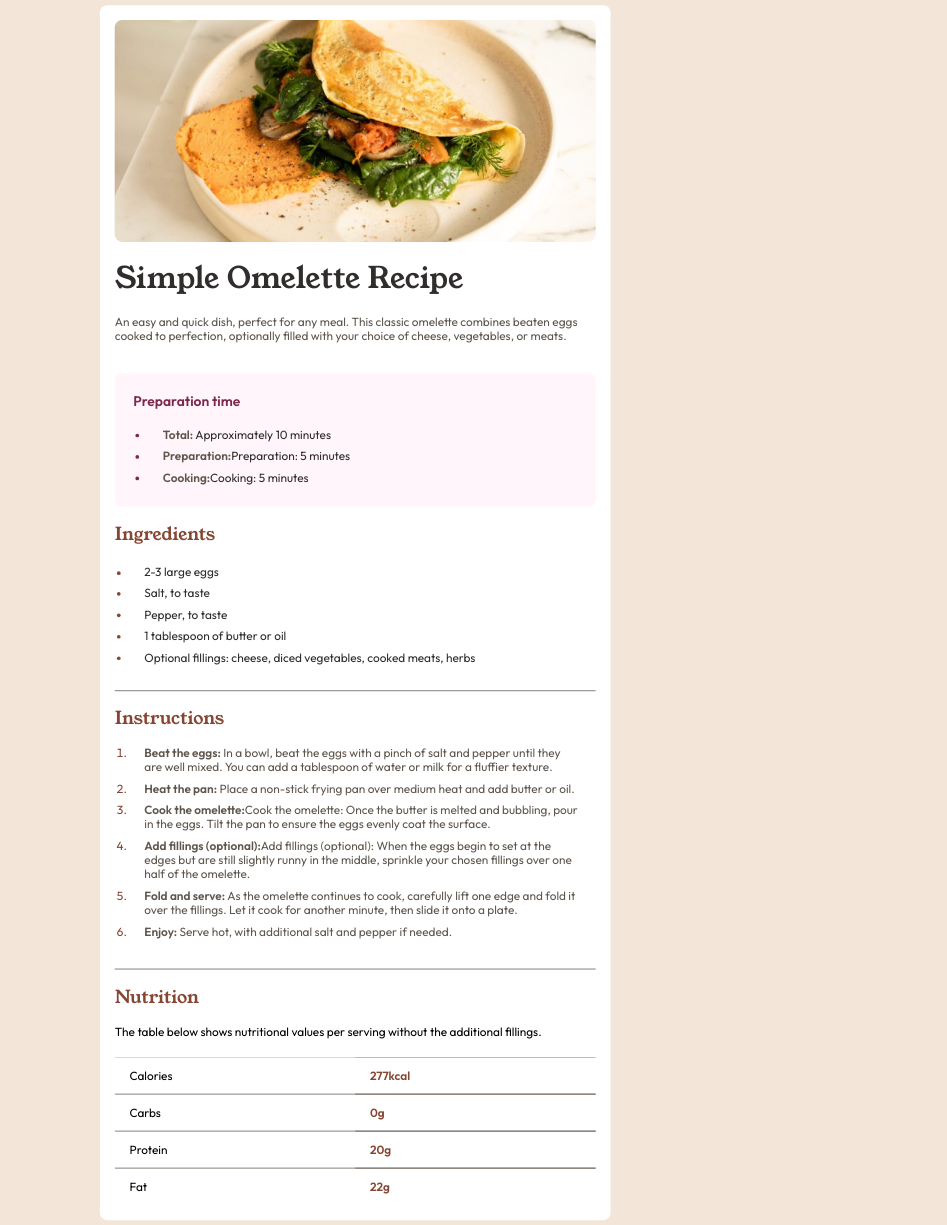
Repository: reemoon-ctrl/mine-recipe-page-main
Page: index1.html
These files come from the project's save history. The page is drawn as it stood at one moment and after the next save; the edit follows.
The browser window is 1280 px wide. The pictures show the whole page, at 74% of full size.

Above is the page before, as saved 2024-08-11 17:32:32.

### index1.html
<!DOCTYPE html>
<html lang="en">
<head>
    <meta charset="UTF-8">

    <style>
        @import url('https://fonts.googleapis.com/css2?family=Open+Sans:ital,wght@0,300..800;1,300..800&family=Outfit:wght@100..900&family=Poppins:ital,wght@0,100;0,200;0,300;0,400;0,500;0,600;0,700;0,800;0,900;1,100;1,200;1,300;1,400;1,500;1,600;1,700;1,800;1,900&family=Young+Serif&display=swap');
        @import url('https://fonts.googleapis.com/css2?family=Open+Sans:ital,wght@0,300..800;1,300..800&family=Poppins:ital,wght@0,100;0,200;0,300;0,400;0,500;0,600;0,700;0,800;0,900;1,100;1,200;1,300;1,400;1,500;1,600;1,700;1,800;1,900&family=Young+Serif&display=swap');
    </style>
        <meta name="viewport" content="width=device-width, initial-scale=1.0">
    <link rel="stylesheet" href="/style.css">
    <title>ommelette</title>
</head>
<body>
    <div class="page-center">
        <div class="container">
            <header>
            <div class="rec-img"></div>
            <h1>Simple Omelette Recipe</h1>

            <p>An easy and quick dish, perfect for any meal.
            This classic omelette combines beaten eggs cooked
            to perfection, optionally filled with your choice
            of cheese,
            vegetables, or meats.</p>
            </header>

            <div class="prep-time">
                <h3>Preparation time</h3>


                <ul>
                <li><span class="dark">Total:</span> Approximately 10 minutes</li>
                <li><span class="dark">Preparation:</span>Preparation: 5 minutes</li>
                <li><span class="dark">Cooking:</span>Cooking: 5 minutes</li>
                </ul>
            </div>
            <div class="ingredient">
                <h2>Ingredients</h2>
                <ul>
                    <li>2-3 large eggs</li>
                    <li>Salt, to taste</li>
                    <li>Pepper, to taste</li>
                    <li>1 tablespoon of butter or oil</li>
                    <li>Optional fillings: cheese, diced vegetables, cooked meats, herbs</li>
                </ul>
            </div>

            <div id="instruc">
                <h2>Instructions</h2>
                <ol >
                    <li><span class="dark">Beat the eggs:</span> In a bowl, beat the eggs with a pinch of salt and pepper until they are well mixed.
                        You can add a tablespoon of water or milk for a fluffier texture.</li>
                    <li><span class="dark">Heat the pan:</span> Place a non-stick frying pan over medium heat and add butter or oil.</li>
                    <li><span class="dark">Cook the omelette:</span>Cook the omelette: Once the butter is melted and bubbling, pour in the eggs. Tilt the pan to ensure
                        the eggs evenly coat the surface.</li>
                    <li><span class="dark">Add fillings (optional):</span>Add fillings (optional): When the eggs begin to set at the edges but are still slightly runny in the
                        middle, sprinkle your chosen fillings over one half of the omelette.</li>
                    <li><span class="dark">Fold and serve:</span> As the omelette continues to cook, carefully lift one edge and fold it over the
                        fillings. Let it cook for another minute, then slide it onto a plate.</li>
                    <li><span class="dark">Enjoy:</span> Serve hot, with additional salt and pepper if needed.</li>
               </ol>

            </div>
            <div class="nutrition">

                <h2>Nutrition</h2>

                <p>The table below shows nutritional values per serving without the additional fillings.</p>
                <div class="calory">
                    <div class="grid-item">Calories</div>
                    <div class="grid-item">277kcal</div>

                    <div class="grid-item">Carbs</div>
                    <div class="grid-item">0g</div>

                    <div class="grid-item">Protein</div>
                    <div class="grid-item">20g</div>

                    <div class="grid-item">Fat</div>
                    <div class="grid-item">22g</div>
                </div>
            </div>
         </div>
    </div>
</body>
</html>

### style.css
*{
    padding: 0;
    margin: 0;
    box-sizing: border-box;
}
body{
    background: hsl(30, 54%, 90%);
    font-family: "Outfit", sans-serif;
    font-optical-sizing: auto;
    font-weight: 400;
    font-style: normal;

}
h1,h2{
    font-weight: 400;
    color:hsl(24, 5%, 18%);
    font-family: "Young Serif", serif;
    font-style: normal;
}
.rec-img{


    border-radius:10px ;
    height: 300px;
    background: url('/image-omelette.jpeg')no-repeat center center/cover;
}
.container{
    background: #fff;
    border-radius: 10px;
    margin:auto;
    /* margin: auto; */

    max-width:690px;
    padding: 20px;

}
.page-center{
    height: 230vh;
    max-width:690px;
    display: grid;
    grid-template-columns: 960px;
    align-items: center;
    justify-content:space-around;
}
.prep-time{
    background: hsl(330, 100%, 98%);
    padding: 25px;
    border-radius: 10px;
}
.prep-time li,li{
    line-height: 1.8;
    padding-left: 20px;
}
.prep-time ul,ul,ol{

    padding:  0 20px;
}
ul li{

    color:hsl(24, 5%, 18%);
}
.prep-time ul li::marker {
    color: hsl(332, 51%, 32%);
  }

.prep-time h3{
    font-weight: 600;
    padding-bottom: 20px;
    color: hsl(332, 51%, 32%);
    /*  */

}
.dark{
    font-weight: 600;
    color:hsl(30, 10%, 34%);
}
h1{

    padding: 20px 0;
    font-size: 40px;

    font-weight: 400;
}
header p{
    padding-bottom:40px ;
    font-size: 16px;
    color: hsl(30, 10%, 34%);
}
h2{
    padding: 20px 0;
    color: hsl(14, 45%, 36%);
}
ul li::marker,ol li::marker{
    color: hsl(14, 45%, 36%);
}
.ingredient {
    padding-bottom: 30px;
}

#instruc li{
    line-height: 1.2;
    color: hsl(30, 10%, 34%);
    padding-bottom: 10px;
}
#instruc{
    padding-bottom: 30px;
    border-bottom: hsl(30, 10%, 34%) 1px solid ;
    border-top: hsl(30, 10%, 34%) 1px solid ;
}
.calory{
    display: grid;
    grid-template-columns: repeat(2, minmax(0, 1fr));
    overflow: hidden;
}
.calory div:nth-of-type(even){
    font-weight: 600;
    color:hsl(14, 45%, 36%);

}
.grid-item{
    position:relative;
    padding: 15px 0 15px 20px;

}
.grid-item::before,
.grid-item::after {
   content: '';
   position: absolute;
   background-color: hsl(30, 10%, 34%);
   z-index: 1;
}
.grid-item::after {
    width: 100vw;
    height: 1px;
    left: 0;
    top: -1px;
  }
  /* .grid-item::before {
    width: 1px;
    height: 100vh;
    left: -1px;
    top: 0;
  } */

.nutrition p{
    padding-bottom: 25px;
}

After the next save:
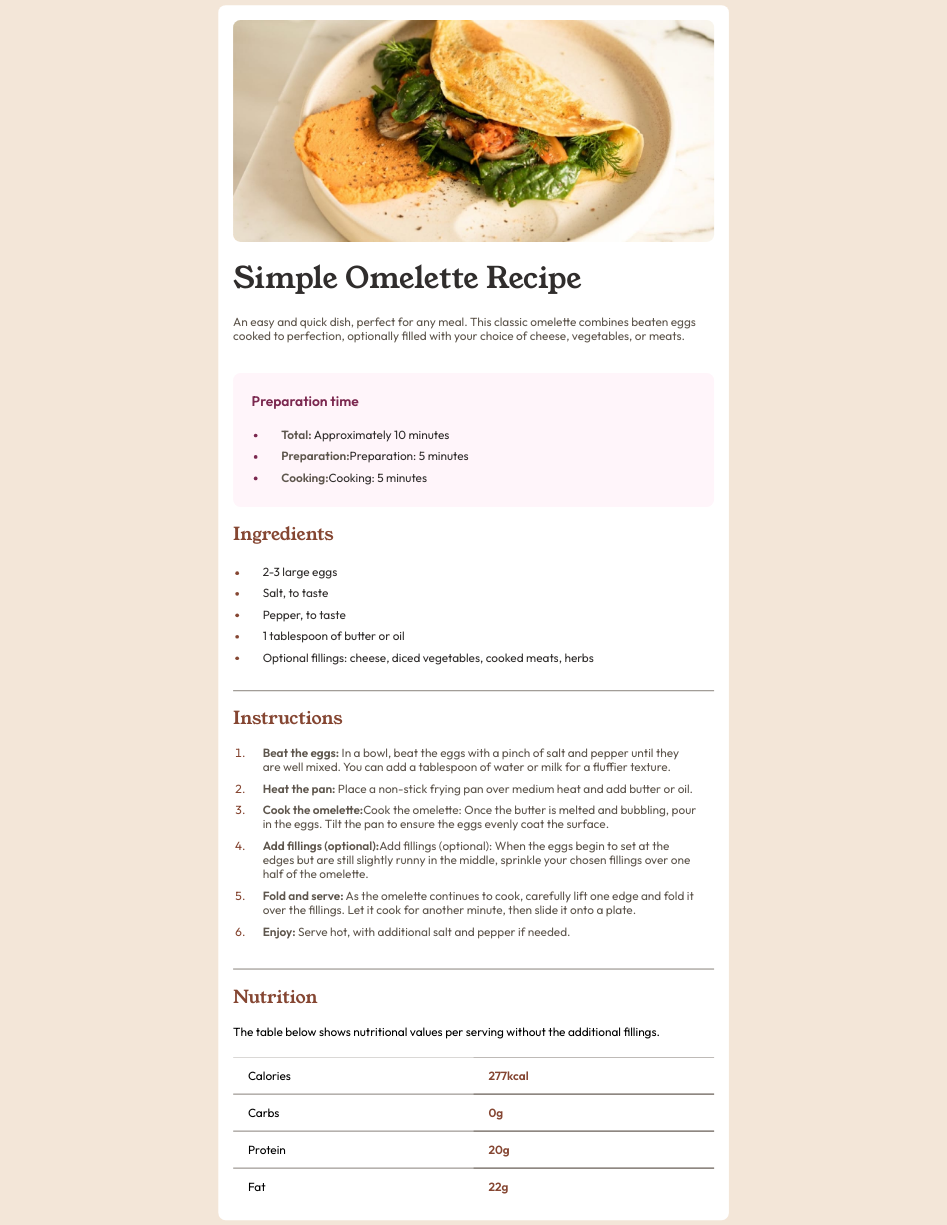
Saved 6 s later.
--- a/style.css
+++ b/style.css
@@ -36,7 +36,7 @@ h1,h2{
 }
 .page-center{
     height: 230vh;
-    max-width:690px;
+    width: 100%;
     display: grid;
     grid-template-columns: 960px;
     align-items: center;
